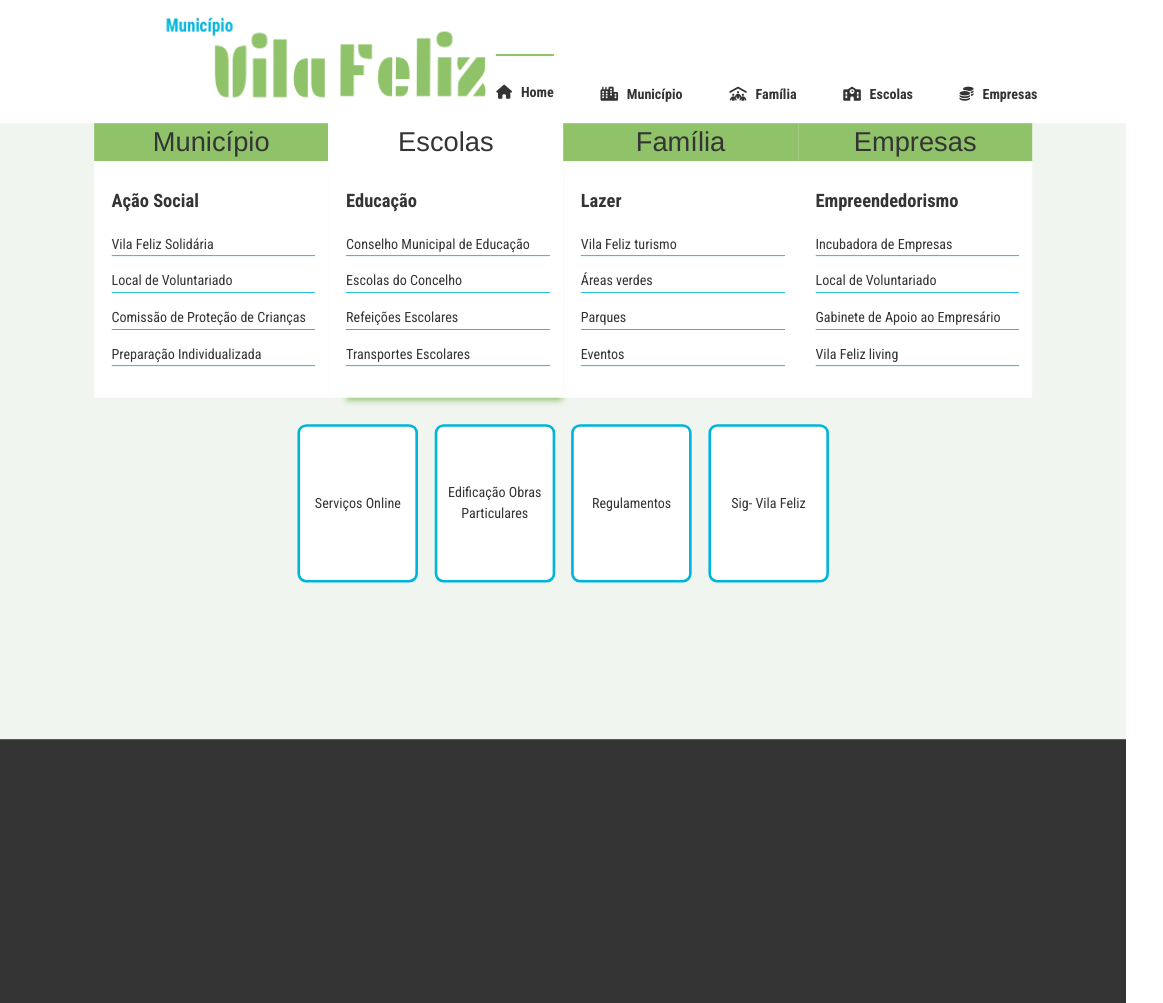
Repository: Goulart94/CmVilaFeliz
Page: municipio.html
The author's editor kept a copy of each file at every save. The page is drawn from the files as they stood at one save, then again after the next save.
The browser window is 1280 px wide. The page is 1280 px wide, then 1322 px, so the pictures cover 1322 px, including what lies to the right of the window. The pictures show the whole page, at 88% of full size.
Some web libraries are served in a nearby version. The style sheet was rebuilt from its Sass, Less or Tailwind sources for each picture, by a compiler version that may differ from the author's.

Above is the page before, as saved 2022-05-17 14:13:52.

### municipio.html
<!doctype html>
<html class="no-js" lang="pt" dir="ltr">

<head>
  <meta charset="utf-8">
  <meta http-equiv="x-ua-compatible" content="ie=edge">
  <meta name="viewport" content="width=device-width, initial-scale=1.0">
  <title>Foundation for Sites</title>
  <link rel="stylesheet" href="./css/foundation/foundation.css">
  <link rel="stylesheet" href="https://unpkg.com/swiper@8/swiper-bundle.min.css" />
  <link rel="stylesheet" href="./css/styleCity/app.css">
  <link rel="preconnect" href="https://fonts.googleapis.com">
  <link rel="preconnect" href="https://fonts.gstatic.com" crossorigin>
  <link href="https://fonts.googleapis.com/css2?family=Roboto+Condensed:wght@400;700&display=swap" rel="stylesheet">
  <script src="https://kit.fontawesome.com/14f2d6eca8.js" crossorigin="anonymous"></script>
</head>

<body>
<!--header-->
  <div class="ContaineHeader grid-x">
    <div class="logo cell small-4 medium-8 large-4">
      <img src="./images/logo.png" alt="logo">
    </div>
    <div class="navBar cell small-8 medium-4 large-8">
      <nav class="float-right">
        <ul>
          <li><a href="./home.html" class="active"><i class="fa-solid fa-house"></i>Home</a></li>
          <li><a><i class="fa-solid fa-city"></i>Município</a></li>
          <li><a><i class="fa-solid fa-people-roof"></i>Família</a></li>
          <li><a><i class="fa-solid fa-school"></i>Escolas</a></li>
          <li><a><i class="fa-solid fa-coins"></i>Empresas</a></li>
        </ul>
      </nav>
    </div>
  </div>
  <!--section 1-->
  <section class=" containerSection bgGray150">

    <div class="contentShortcuts grid-x ">
      <div class=" cell small-10 medium-offset-1 large-10  grid-x ">
        <div class=" cell small-3 medium-3 large-3">
          <div class="shortcuts ">
            <h3>Município</h3>
            <span>Ação Social</span>
            <ul>
              <li><a>Vila Feliz Solidária</a></li>
              <li><a>Local de Voluntariado</a> </li>
              <li><a>Comissão de Proteção de Crianças</a></li>
              <li><a>Preparação Individualizada</a></li>
            </ul>
          </div>

        </div>
        <div class="cell small-3 medium-3 large-3">
          <div class="shortcuts active">
            <h3>Escolas</h3>
            <span>Educação</span>
            <ul>
              <li><a>Conselho Municipal de Educação</a></li>
              <li><a>
                  Escolas do Concelho
                </a> </li>
              <li><a>Refeições Escolares</a></li>
              <li><a>Transportes Escolares</a></li>
            </ul>
          </div>

        </div>
        <div class="cell small-3 medium-3 large-3">
          <div class="shortcuts">
            <h3>Família</h3>
            <span>Lazer</span>
            <ul>
              <li><a>Vila Feliz turismo</a></li>
              <li><a>Áreas verdes</a> </li>
              <li><a>Parques</a></li>
              <li><a>Eventos</a></li>
            </ul>
          </div>
        </div>
        <div class="cell small-3 medium-3 large-3">
          <div class="shortcuts">
            <h3>Empresas</h3>
            <span>Empreendedorismo</span>
            <ul>
              <li><a>Incubadora de Empresas</a></li>
              <li><a>Local de Voluntariado</a> </li>
              <li><a>Gabinete de Apoio ao Empresário</a></li>
              <li><a>Vila Feliz living</a></li>
            </ul>
          </div>
        </div>
      </div>
     <div class="cell small-10 medium-offset-1 large-10 align-center  grid-x  ">
       <div class=" cell small-7 medium-7 large-7  grid-margin-x shortcutsDirect">
      <div class="link"><span>Serviços Online</span></div>
       <div class="link"><span>Edificação Obras Particulares</span></div>
       <div class="link"><span>Regulamentos</span></div>
       <div class="link"><span>Sig- Vila Feliz</span></div>
      </div>
     </div>
    </div>
  </section>

  <!--Footer-->
  <div class="footer">

  </div>







  <script src="js/vendor/jquery.js"></script>
  <script src="js/vendor/what-input.js"></script>
  <script src="js/vendor/foundation.js"></script>
  <script src="js/app.js"></script>
  <script src="https://unpkg.com/swiper/swiper-bundle.min.js"></script>



</body>

</html>

### css/styleCity/app.scss
//style Globol

* {
    margin: 0;
    padding: 0;
    color: var(--gray-900);
    box-sizing: border-box;


  }
    a {
      color: inherit;
      text-decoration: inherit;
    }

    button:hover {
      cursor: pointer;
    }

    a:hover {
      cursor: pointer;
    }

  //colors
  :root {


    --white: #FFFFFF;
    --gray-150: #f0f5ef;
    --green-300: #8FC269;
    --blue-300: #00B5DB;
    --gray-900: #343434;
  }

  //Fonts Google

  body {
    background-color: var(--white);
    font-family: Roboto Condensed, sans-serif;
    color: var(--gray-900);
  }

  //Header ---------------------------------

  .ContaineHeader {
    width: 100%;
    height: 140px;

    display: flex;
    align-items: flex-end;
    background-color: var(--white);




    .logo {
      margin-bottom: 16px;

      img {
        margin-left: 162px;
        max-width: 450px;
      }

    }

    .navBar {
      nav {
        margin-right: 100px;

        ul {
          display: flex;
          list-style-type: none;
          justify-items: flex-end;

          li {

            margin-bottom: 16px;
            margin-left: 35px;

             a{

              line-height: 83px;
              height: 52px;
              margin-left: 16px;
              padding: 1px;
              display: block;
              position: relative;
              font-weight: bold;
              border-top: 3px solid var(--white);
              border-radius: 2px;

              transition: 0.3s;

              i{
                margin-right: 10px;
                color: var(--gray-900);
              }

             }
            a:hover{

              border-top: 3px solid var(--blue-300);

            }

            .active{
              line-height: 5rem;
              border-top: 3px solid var(--green-300);
              border-radius: 2px;

           }

           &.active::after{
               content: '';
               border-top: 3px solid var(--green-300);
               border-radius: 2px;
               width: 100%;
               position: absolute;

           }

          }
        }
      }
    }
  }

  //Section 1-----------------------------------------------------


  .containerSectionOne {
    width: 100%;
    height: 100vh;
    background-image: url("../images/imgSection1.jpg");
    background-size: cover;

    .containerImg {
      width: 65%;
      display: flex;
      align-items: center;
      margin: 0 auto;

      img {
        margin-top: 140px;
      }
    }
  }

  //section 2, foi alterado o código base de alguns elementos do Foundation. (cor e text e buttom alterados para melhorar a acessibilidade.)
  .containerSectionTwo {
    width: 100%;


    img {
      height: 700px;
      object-fit: fill;
    }

    .news {
      width: 100%;
      display: flex;
      flex-direction: column;
      z-index: 10;
      color: var(--white);

      .now {
        color: var(--white);
        margin-left: 10.5%;
        max-width: 180px;
        padding: 5px;

        background-color: var(--blue-300)
      }

      .allNews {
        color: var(--white);
        max-width: 150px;
        margin-left: 10.5%;
        padding: 5px;
        background-color: var(--green-300)
      }
      .allNews:hover{
        cursor: pointer;
        font-weight: 700;
      }
    }

    .containerText {
      max-height: 500px;
      margin: 0 auto;
      background-color: rgba(52, 52, 52, 0.8);
      border-radius: 10px;
      padding: 17px;
      overflow: hidden;

      h1 {

        font-size: 48px;
        font-weight: bold;
        text-align: left;
        color: var(--white);
      }

      p {
        height: 200px;
        text-align: left;
        font-size: 16px;
        color: var(--white);
        overflow: hidden;

      }
    }

    .buttomSlider {
      font-size: 90px;
      color: var(--green-300);
    }

    .buttomInfo{
      float: right;
      color: var(--gray-900);
      background: var(--white);
      z-index: 9999999 !important;

      border-radius: 10px;
      padding: 8px;
      transition: 0.3s;

      span {
        color: var(--blue-300);
        font-weight: 700;
      }

      &:hover{
        transform:  scale(1.2) !important;
      }

    }
    .buttomInfo:hover{
      cursor: pointer;
      transform:  scale(1.2) !important;
    }


  }

  //sectio 3----------------------------------------*


  .conteinerSectiontree {
    display: flex;
    justify-content: space-evenly;
    width: 100%;
    height: 700px;
    background: url(../images/formas.png);
    background-size: cover;
    background-size: 100% 100%;

    .contentPhone {

      display: flex;
      position: relative;

      div {
        width: 100%;
        display: flex;
        justify-content: flex-end;
        position: absolute;
        bottom: 0;

        img {
          margin-right: 15%;
          max-height: 600px;
        }
      }
    }

    .containerTextAPP {

      display: flex;
      justify-content: right;
      align-items: center;
      margin-top: 30px;

      .textApp {
        max-width: 600px;

        padding: 16px;

        .containerButtom {
          width: 80%;
          display: flex;
          justify-content: space-between;
          align-items: center;

          .buttomPlayStore {
            width: 200px;
            padding: 16px;
            border-radius: 20px;
            background: var(--green-300);
            font-weight: 700;
            transition: 0.3s;
          }

          .buttomAppStore {
            width: 200px;
            padding: 16px;
            border-radius: 20px;
            background: var(--blue-300);
            font-weight: 700;
            transition: 0.3s;
          }
        }

        .buttomPlayStore:hover {
          transform: scale(1.1);

        }

        .buttomAppStore:hover {
          transform: scale(1.1);
        }


      }

    }

  }



  //section 4, foi usado classes da section nas demais section para criação das formas do header---*
  .bgGray150 {
    background: var(--gray-150);
  }

  .bgGray50 {
    background: var(--white);
  }
  //formas cabeçalho das sections 4, 5, 6
  .ruleGreen{
    width: 100%;
    height: 43.8px;
    background: var(--green-300);
  }

  .containerSection {
    width: 100%;
    height: 700px;

    .contentHeader {
      width: 100%;
      height: 15%;


      .divTitle {
        display: flex;
        position: relative;

        .title {
          position: absolute;
          bottom: 0;
          font-weight: 700;
          font-size: 38px;
        }


        .formaLarge {
          position: absolute;
          bottom: 0;
          width: 100%;
          height: 8px;
          background-color: var(--blue-300);
        }
      }

      .formaContent {
        display: flex;
        position: relative;


        .formaSmall {
          position: absolute;
          bottom: 0;
          width: 20px;
          height: 70%;
          background-color: var(--blue-300);
        }
      }
    }
  /// end.*

    .contentShortcuts {

      width: 100%;



      .shortcuts {
        height: 100%;
        padding-bottom: 20px;
        background: var(--white);


        h3 {

          font-weight: 400;
          background: var(--green-300);
          text-align: center;
          margin-bottom: 30px;
        }

        span {
          margin: 20px;
          font-size: 21px;
          font-weight: 700;
        }

        ul {
          margin-top: 20px;
          list-style-type: none;

          li {
            margin-bottom: 15px;
            margin-right: 15px;
            border-bottom: 1px solid var(--blue-300);
          }
        }

        a:hover {
          font-weight: 700;
        }

        &.active{
           h3{
             background: var(--white);
           }
           box-shadow: 10px 14px 7px -10px var(--green-300);
        }
      }
    }

    .shortcutsDirect{
      margin-top: 20px;
      height: 200px;
      display: flex;
      align-items: center;
      justify-content: space-around;


       .link{
      background: var(--white);
       display:flex;
       align-items: center;
       text-align: center;
       width: 22%;
       height: 90%;
       border: 3px solid var(--blue-300);
       border-radius: 10px;
       transition: 0.3s;
        span{

          margin: 0 auto;
        }
       }
       .link:hover{
         cursor: pointer;
         transform: scale(1.1);
       }

    }


  }


  //section 5 && section 6-------------------------------*

  .contentAboutUs {
    width: 100%;
    height: auto;


    .containerText {
      height: 500px;
      display: flex;
      align-items: center;


      .contentText {
        margin: 0 auto;
        max-width: 600px;
        height: 90%;
        display: flex;
        flex-direction: column;
        position: relative;


        p {
          margin-bottom: 10px;
          padding-left: 16px;
          padding-right: 16px;
          height: 80%;
          overflow: hidden;
          span{
            font-weight: 700;
          }
        }

        .buttomKnowMore {
          position: absolute;
          right: 0;
          bottom: 0;
          padding: 10px 20px 10px 20px;
          border-radius: 10px;
          border: 3px solid var(--green-300);
          font-weight: 700;
          span{
            color: var(--blue-300);
          }
          transition: 0.3s;

        }
        .buttomKnowMore:hover{
            transform: scale(1.1);
          }

      }
    }


    .containerImg {

      height: 100%;
      display: flex;
      align-items: center;

      .contentImg {
        margin-left: 20px;
        margin-right: 20px;
        height: 90%;

        img {

          height: 100%;
        }
      }

    }

  }

  //section 7 --------------------------------------------*

  .contentschedule{
     width: 100%;
  }


  .contentDates{
    width: 100%;
    max-height: 500px;
    display: flex;
    flex-direction: column;



       .allDates{
         color: #00B5DB;
         font-weight: 700;
         margin: 0 30px 20px 0;
         padding-bottom: 5px;
         max-width: 250px;
         float: right;
         border-bottom: 3px solid var(--green-300);
         transition: 0.3s;
         i{
           color: var(--gray-900);
           margin-right: 5px;
         }

       }
       .allDates:hover{
         transform: scale(1.1);
       }



  }

  .buttomPreviousSlider{
    font-size: 90px;
    color: var(--green-300);
    float: left;

  }
  .buttomNextSlider {
    font-size: 90px;
    color: var(--green-300);
    float:right;
    width: auto;

  }

  .contentSlider{
    width: 90%;
    height: 450px;
    margin: 0 auto;

    display: flex;
    justify-content: space-around;
    align-items: center;
    .news{
      display: flex;
      flex-direction: column;
      margin: 10px;
      width: 210px;
      height: 380px;
      overflow: hidden;
      background-color: var(--white);

       .containerImg{

         width: 100%;
         height: 250px;
         img{
           width:100% ;
           height: 250px;
         }
       }


      .infoNews{
        padding: 0;
        margin: 10px;
        list-style-type: none;


        .title{
          font-size: 21px;
          margin-bottom: 10px;
        }
        .date{
          font-size: 18px;
        }
        .place{
          font-size: 14px;
        }
      }
    }
    .news:hover{
      cursor: pointer;
    }

  }


  //footer-----------------------------------------------

  .footer{
    width: 100%;
    height: 300px;
    background: #343434;
  }

Loaded but not shown: js/vendor/jquery.js (library); js/vendor/what-input.js (library); js/vendor/foundation.js (library); js/app.js (common file); css/foundation/foundation.scss (6468 lines, source omitted)

After the next save:
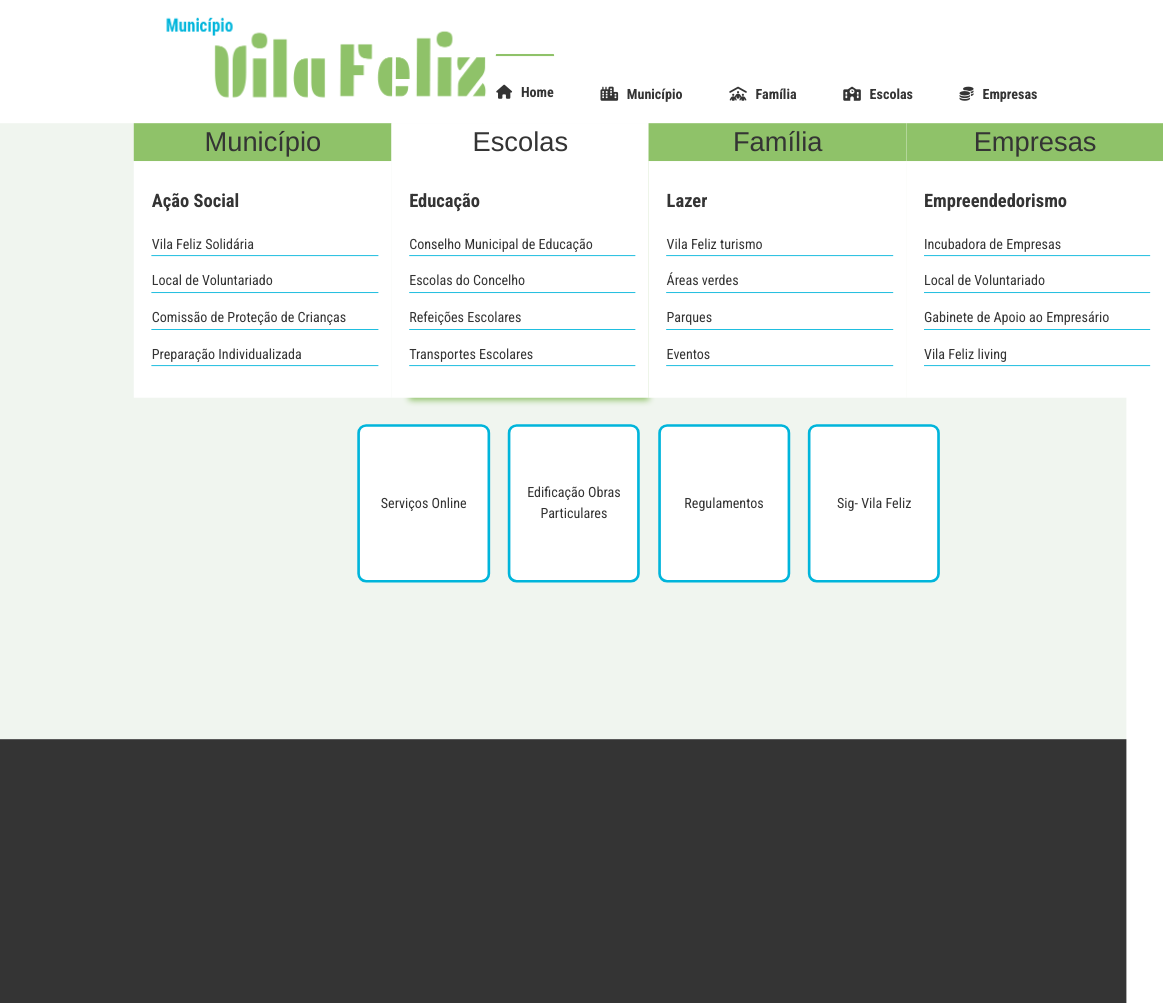
Saved 66 s later.
--- a/municipio.html
+++ b/municipio.html
@@ -36,7 +36,7 @@
   <!--section 1-->
   <section class=" containerSection bgGray150">
 
-    <div class="contentShortcuts grid-x ">
+    <div class="contentShortcuts  grid-container ">
       <div class=" cell small-10 medium-offset-1 large-10  grid-x ">
         <div class=" cell small-3 medium-3 large-3">
           <div class="shortcuts ">
